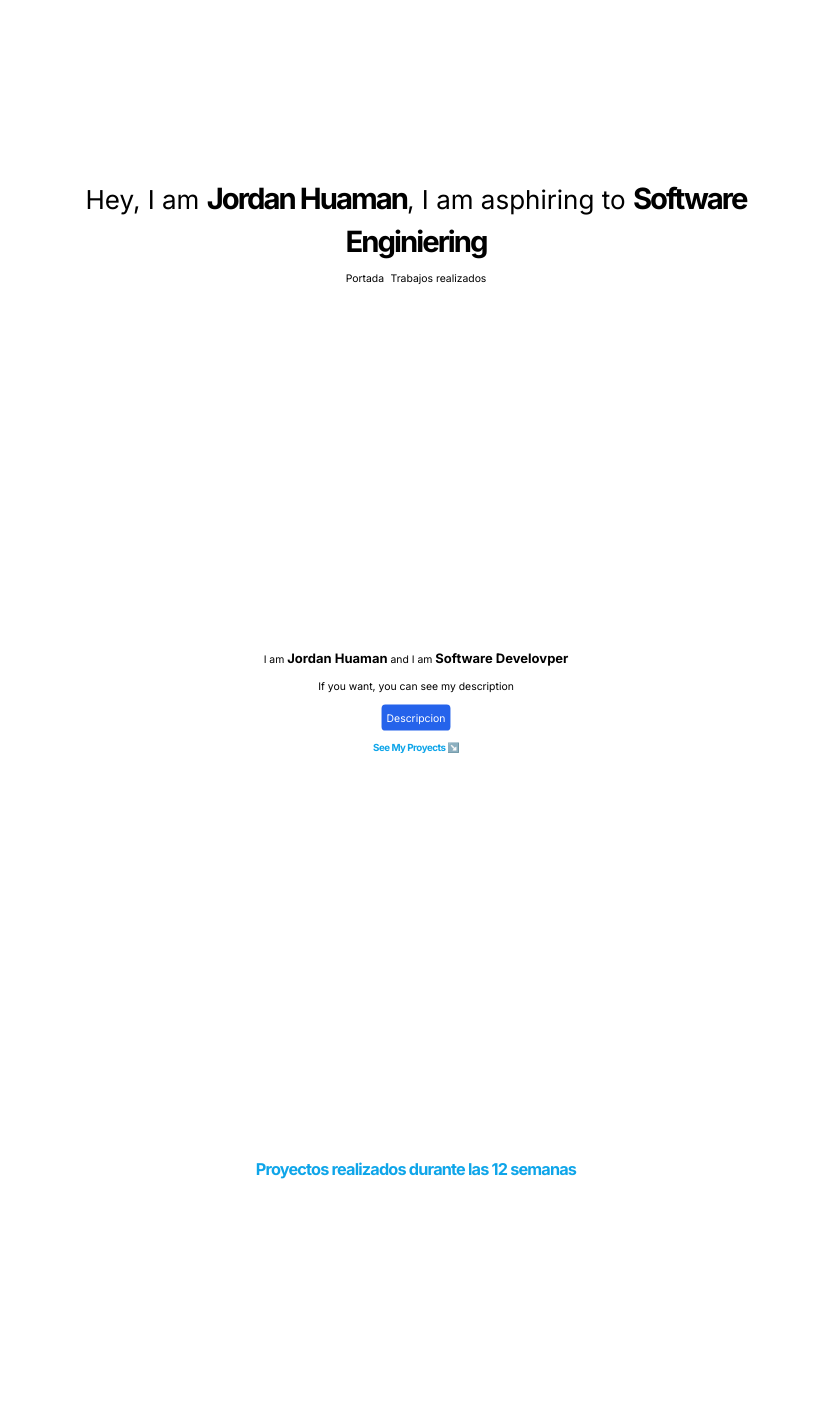
Repository: devsecops-node/portafolio-nextj-pages
Page: /
These files come from the project's save history. The page is drawn as it stood at one moment and after the next save; the edit follows.
The browser window is 1280 px wide. The pictures show the whole page, at 65% of full size.
The project was rebuilt for these pictures with package versions that can differ from the ones it lists, and the page was loaded fresh each time. The framework's server and built-in components were replaced by stand-ins that run in the browser. Also part of the build but not shown: next.config.js, src/components/Modal.jsx, src/styles/transitionPage.module.css.

Above is the page before, as saved 2024-01-15 04:29:47.

After the next save:
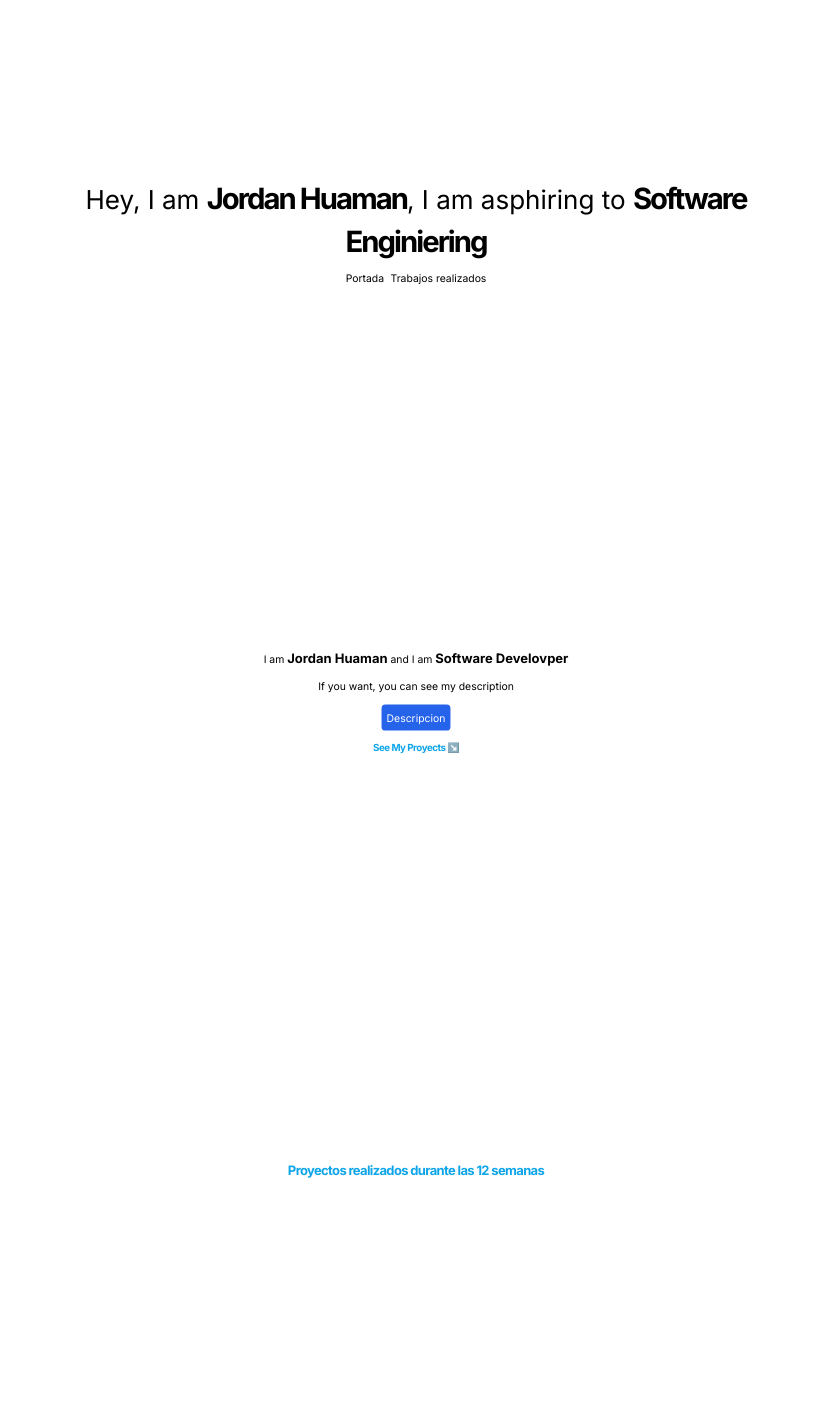
Saved 7 s later.
--- a/src/components/Proyects.jsx
+++ b/src/components/Proyects.jsx
@@ -3,7 +3,7 @@ import React from 'react'
 const Proyects = () => {
   return (
     <div className='h-screen flex justify-center items-center'>
-      <p className='text-sky-500 font-bold text-[25px]  tracking-tighter'>Proyectos realizados durante las 12 semanas</p>
+      <p className='text-sky-500 font-bold text-[20px]  tracking-tighter'>Proyectos realizados durante las 12 semanas</p>
     </div>
   )
 }
